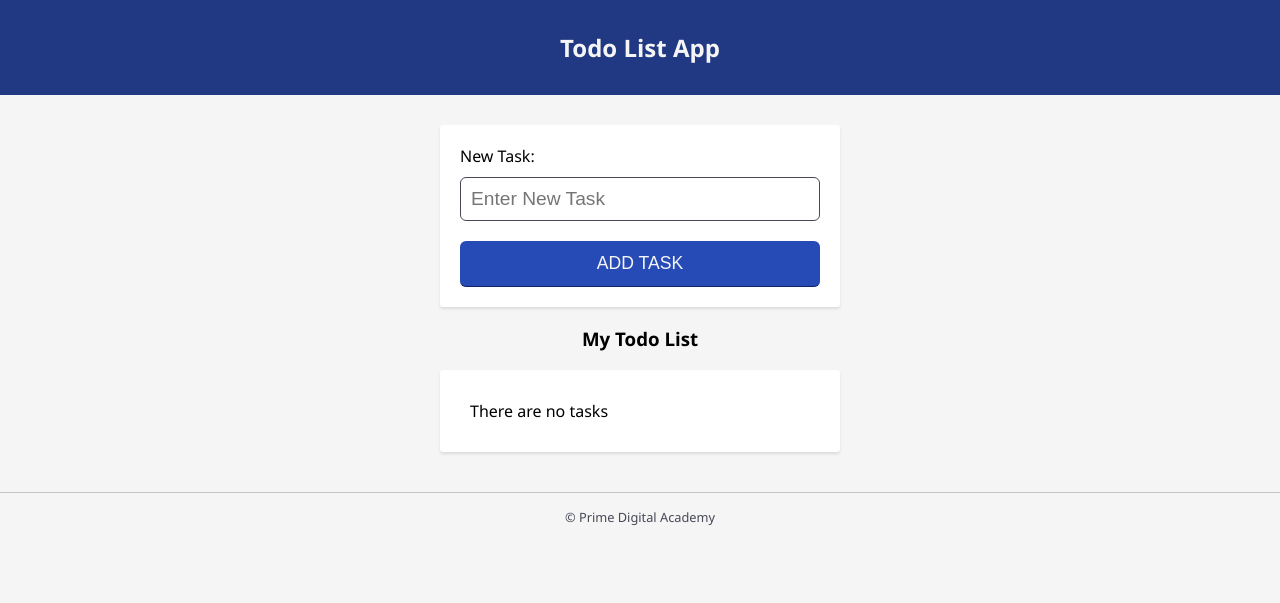
Repository: ryanmgregory/ursus-todo-list
Page: index.html
These files come from the project's save history. The page is drawn as it stood at one moment and after the next save; the edit follows.
The browser window is 1280 px wide. The pictures show the whole page.

Above is the page before, as saved 2020-03-19 23:22:27.

After the next save:
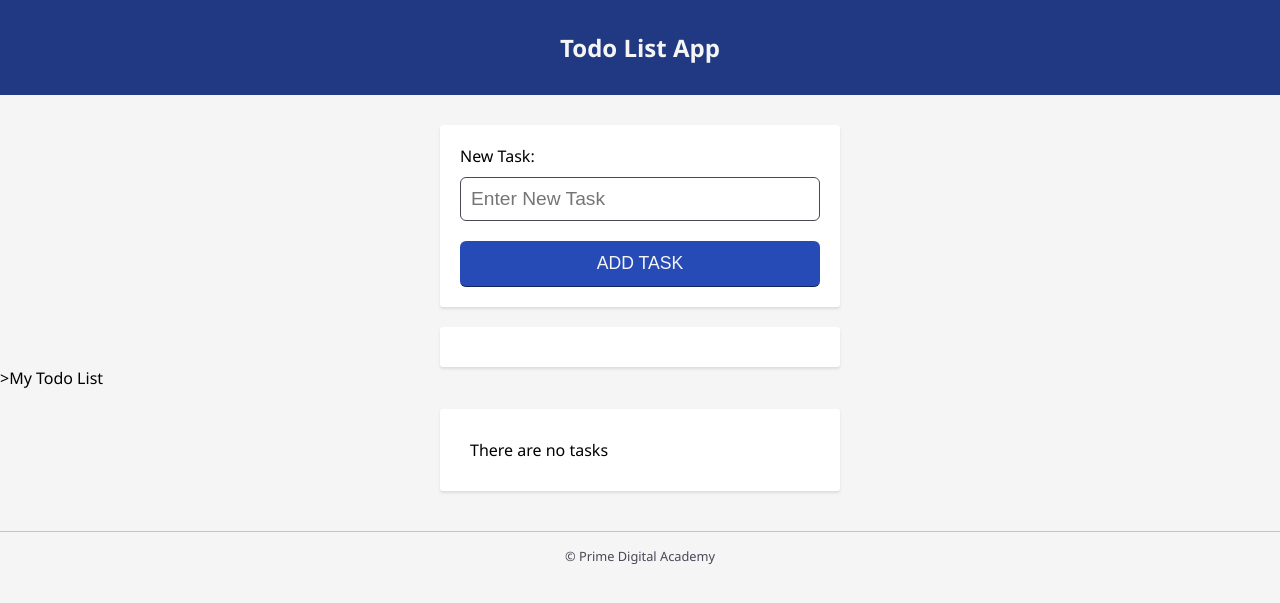
Saved 8 h 41 min later.
--- a/index.html
+++ b/index.html
@@ -29,7 +29,7 @@
     </div>
 
     <!-- h3 "My To Do List"  -->
-    <h3>My Todo List</h3>
+    <h3 class="panel"></h3>>My Todo List</h3>
     <!-- <UL> <OL single item: "There are no tasks in it"/>  -->
     <div class="panel">
       <ul class="js-unordered-list stackedList">
